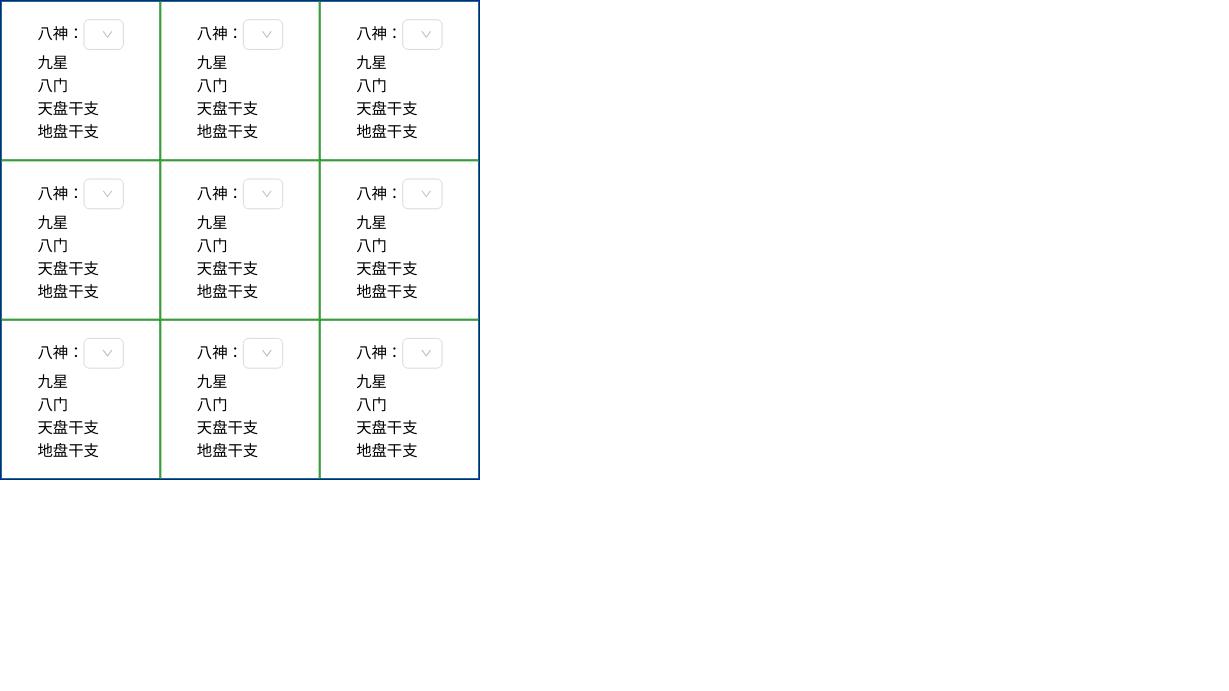
Repository: DaozhangChen/qiMen
Page: /
The author's editor kept a copy of each file at every save. The page is drawn from the files as they stood at one save, then again after the next save.
The browser window is 1280 px wide. The pictures show the whole page, at 96% of full size.
The project was rebuilt for these pictures with package versions that can differ from the ones it lists, and the page was loaded fresh each time. Also part of the build but not shown: vite.config.js.

Above is the page before, as saved 2024-04-04 18:24:28.

After the next save:
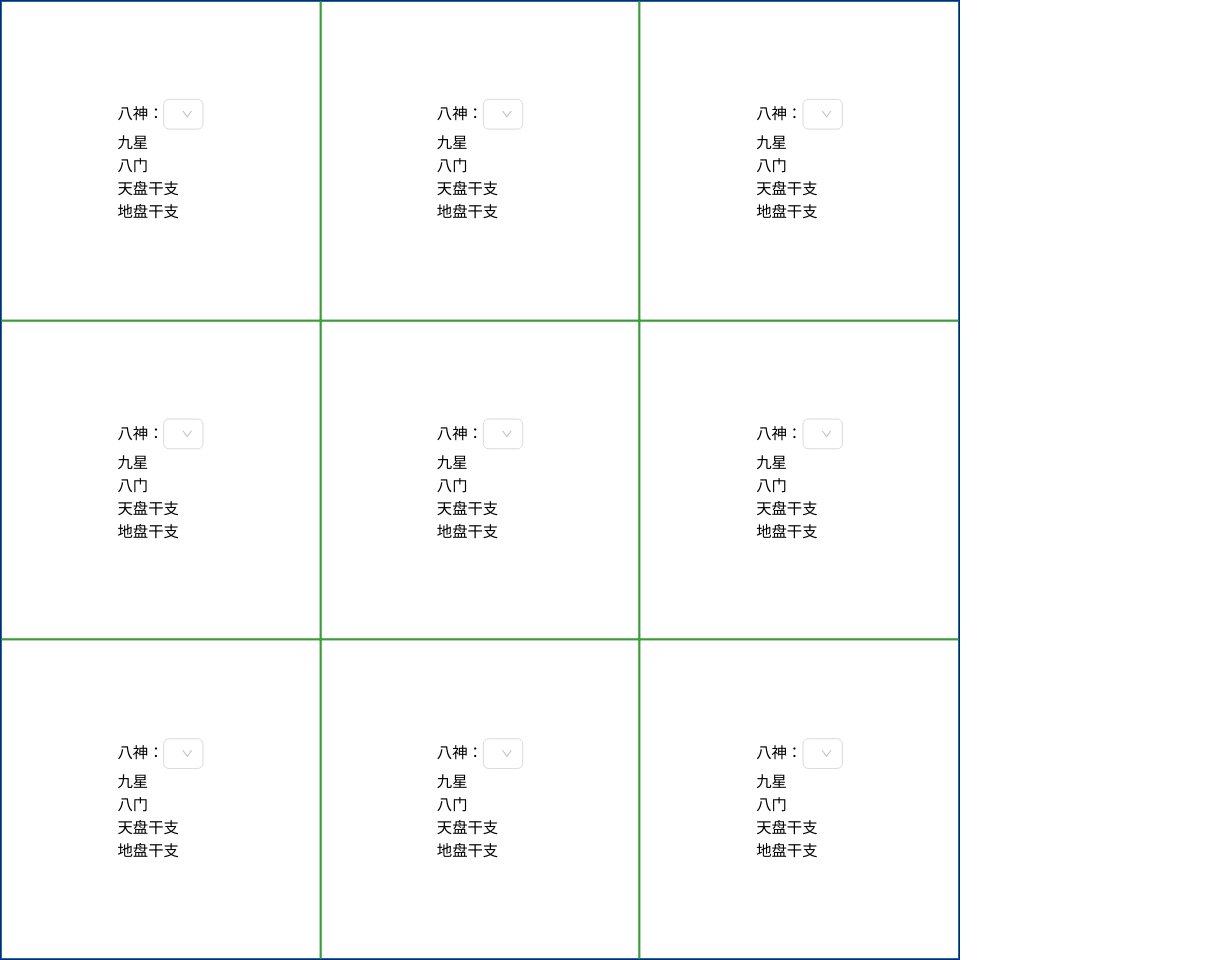
Saved 22 s later.
--- a/src/compoment/Suduku.css
+++ b/src/compoment/Suduku.css
@@ -1,7 +1,7 @@
 .sudoku-grid {
     border: 1px solid blue;
-    width: 500px;
-    height: 500px;
+    width: 1000px;
+    height: 1000px;
     display: grid;
     grid-template-columns: repeat(3, 1fr);
     grid-template-rows: repeat(3, 1fr);
